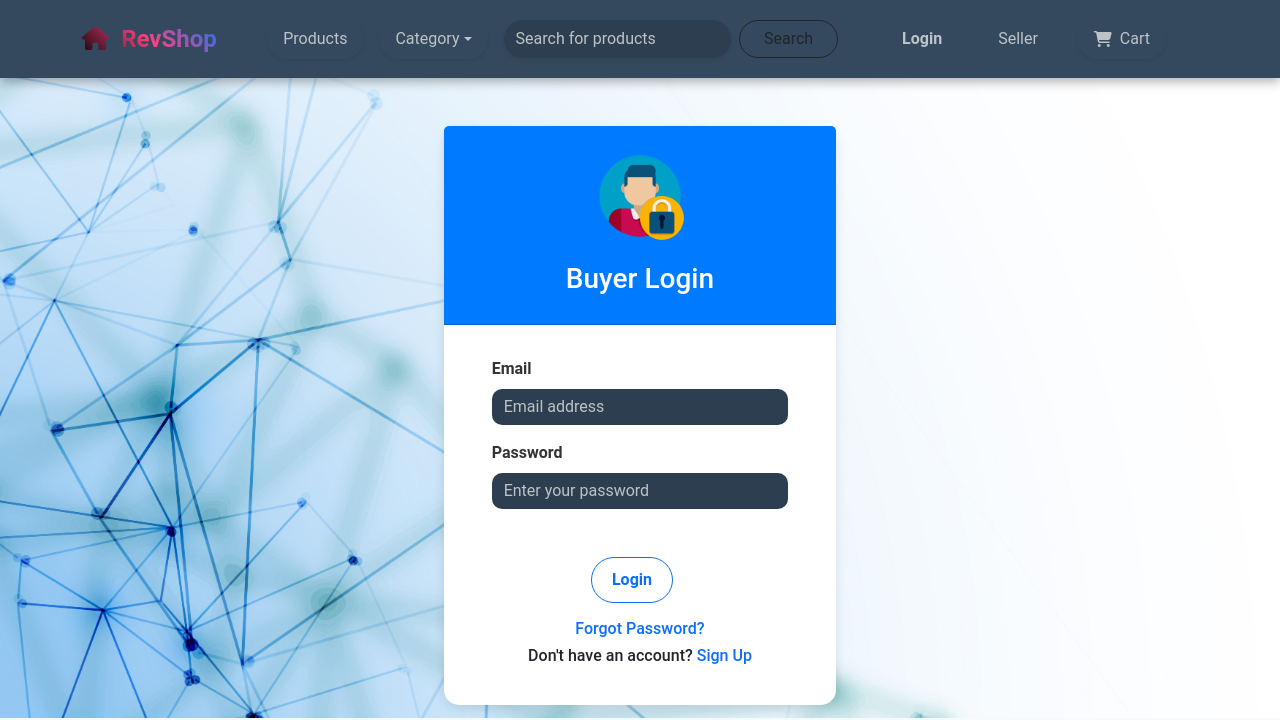
Repository: pratikp99/E-Commerce-Webapp-
Page: http://localhost/Revshop_WebApp/login.jsp
These files come from the project's save history. The page is drawn as it stood at one moment and after the next save; the edit follows.
The browser window is 1280 px wide. The pictures show the whole page.
The page is served by Tomcat 10. Other server files are loaded and not shown. Queries for data that is not in the repository find no rows.

Above is the page before, as saved 2024-09-01 06:09:12.

### Revshop WebApp/src/main/webapp/login.jsp
<%@ page language="java" contentType="text/html; charset=ISO-8859-1" pageEncoding="ISO-8859-1"%>
<!DOCTYPE html>
<html lang="en">
<head>
    <meta charset="ISO-8859-1">
    <meta name="viewport" content="width=device-width, initial-scale=1, shrink-to-fit=no">
    <title>Buyer Login</title>
    <%@include file="Components/common_css_js.jsp"%>
    <link rel="stylesheet" href="CSS/styles2.css">
</head>
<body>
    <!--navbar -->
    <%@include file="Components/navbar.jsp"%>

    <div class="container-fluid">
        <div class="row mt-5">
            <div class="col-md-4 offset-md-4">
                <div class="card">
                    <div class="card-header px-5 text-center">
                        <img src="Images/login.png" style="max-width: 100px;" class="img-fluid">
                        <h3 class="text-center mt-3">Buyer Login</h3>
                        <%@include file="Components/alert_message.jsp"%>
                    </div>
                    <div class="card-body px-5">
                        <!--login-form-->
                        <form id="login-form" action="login" method="post">
                            <input type="hidden" name="login" value="user">

                            <div class="mb-3">
                                <label class="form-label">Email</label>
                                <input type="email" name="user_email" placeholder="Email address" class="form-control" required>
                            </div>
                            <div class="mb-2">
                                <label class="form-label">Password</label>
                                <input type="password" name="user_password" placeholder="Enter your password" class="form-control" required>
                            </div>

                            <div id="login-btn" class="container text-center mt-5">
                                <button type="submit" class="btn btn-outline-primary me-3">Login</button>
                            </div>
                        </form>

                        <div class="mt-3 text-center">
                            <h6><a href="forgot_password.jsp" style="text-decoration: none">Forgot Password?</a></h6>
                            <h6>
                                Don't have an account?<a href="register.jsp" style="text-decoration: none"> Sign Up</a>
                            </h6>
                        </div>
                    </div>
                </div>
            </div>
        </div>
    </div>
</body>
</html>

### Revshop WebApp/src/main/webapp/Components/common_css_js.jsp
<!--CSS-->
<link href="https://cdn.jsdelivr.net/npm/bootstrap@5.3.0/dist/css/bootstrap.min.css" rel="stylesheet" integrity="sha384-9ndCyUaIbzAi2FUVXJi0CjmCapSmO7SnpJef0486qhLnuZ2cdeRhO02iuK6FUUVM" crossorigin="anonymous">
<!--font awesome-->
<!--<link rel="stylesheet" href="https://cdnjs.cloudflare.com/ajax/libs/font-awesome/4.7.0/css/font-awesome.min.css">
-->
<link rel="stylesheet" href="https://cdnjs.cloudflare.com/ajax/libs/font-awesome/6.4.0/css/all.min.css">
<link rel="stylesheet" href="CSS/style.css"/>


<!--JavaScript-->
<script src="https://cdn.jsdelivr.net/npm/bootstrap@5.3.0/dist/js/bootstrap.bundle.min.js" integrity="sha384-geWF76RCwLtnZ8qwWowPQNguL3RmwHVBC9FhGdlKrxdiJJigb/j/68SIy3Te4Bkz" crossorigin="anonymous"></script>
<script src="JS/script.js"></script>

<!--jQuery-->
<script src="https://code.jquery.com/jquery-3.7.0.min.js" integrity="sha256-2Pmvv0kuTBOenSvLm6bvfBSSHrUJ+3A7x6P5Ebd07/g=" crossorigin="anonymous"></script>
<!--sweet alert-->
<script src="https://unpkg.com/sweetalert/dist/sweetalert.min.js"></script>
<script src="https://cdn.jsdelivr.net/npm/sweetalert2@11"></script>

### Revshop WebApp/src/main/webapp/Components/navbar.jsp
<%@page import="com.revature.ecom.DAO.categoryDAO"%>
<%@page import="com.revature.ecom.Models.adminModel"%>
<%@page import="com.revature.ecom.Models.cartModel"%>
<%@page import="com.revature.ecom.DAO.cartDAO"%>
<%@page import="com.revature.ecom.Models.userModel"%>
<%@page import="java.util.List"%>
<%@page import="com.revature.ecom.Models.categoryModel"%>
<%@page import="com.revature.ecom.Utils.DatabaseUtil"%>
<%@page import="com.revature.ecom.DAO.categoryDAO"%>
<%
userModel user = (userModel) session.getAttribute("activeUser");
adminModel admin = (adminModel) session.getAttribute("activeAdmin");

categoryDAO catDao = new categoryDAO(DatabaseUtil.getConnection());
List<categoryModel> categoryList = catDao.getAllCategories();
%>

<style>
/* General navbar styling */
.navbar {
    background-color: #34495e;
    padding: 1rem;
    box-shadow: 0px 4px 10px rgba(0, 0, 0, 0.3);
    max-height:15vh;
}

.navbar-brand {
    font-size: 1.6rem;
    font-weight: bold;
    color: #ecf0f1 !important;
}

.nav-link {
    color: #bdc3c7 !important;
    margin-right: 1rem;
    transition: color 0.3s, background-color 0.3s;
}

.nav-link:hover {
    color: #ecf0f1 !important;
    background-color: rgba(255, 255, 255, 0.1);
}

.navbar-toggler {
    border-color: #ecf0f1;
}

.navbar-toggler-icon {
    background-image: url("data:[embedded picture, 217 characters]");
}

.dropdown-menu {
    background-color: #2c3e50 !important;
    border: none;
}

.dropdown-item {
    color: #bdc3c7 !important;
    transition: background-color 0.3s, color 0.3s;
}

.dropdown-item:hover {
    background-color: #34495e !important;
    color: #ecf0f1 !important;
}

.badge {
    font-size: 0.75rem;
    background-color: #e74c3c;
}

/* Button styling */
.btn-outline-light {
    color: #bdc3c7;
    border-color: #bdc3c7;
    transition: color 0.3s, border-color 0.3s;
}

.btn-outline-light:hover {
    color: #ecf0f1;
    border-color: #ecf0f1;
}

/* Flexbox alignment */
.navbar-nav {
    display: flex;
    align-items: center;
}

.navbar-nav .nav-item {
    margin-right: 0rem;
}

.form-control {
    background-color: #2c3e50 !important;
    border: none;
    color: #ecf0f1;
    margin-right: 0.5rem;
}

.form-control::placeholder {
    color: #bdc3c7;
}

.form-control:focus {
    box-shadow: none;
    border-color: #ecf0f1;
}

@media (max-width: 992px) {
    .navbar-collapse {
        flex-direction: column;
    }

    .navbar-nav {
        flex-direction: column;
        width: 100%;
    }

    .navbar-nav .nav-item {
        margin-right: 0;
        margin-bottom: 1rem;
    }

    .form-control {
        margin-bottom: 1rem;
        width: 100%;
    }
}

/* Specific logo styles */
.navbar-nav .register-link {
    background-image: url('path/to/register-icon.png');
    background-repeat: no-repeat;
    background-position: left center;
    padding-left: 30px; /* Adjust based on the size of the icon */
}

.navbar-nav .buyer-link {
    background-image: url('path/to/buyer-icon.png');
    background-repeat: no-repeat;
    background-position: left center;
    padding-left: 30px; /* Adjust based on the size of the icon */
}

.navbar-nav .seller-link {
    background-image: url('path/to/seller-icon.png');
    background-repeat: no-repeat;
    background-position: left center;
    padding-left: 30px; /* Adjust based on the size of the icon */
}
</style>

<nav class="navbar navbar-expand-lg navbar-dark">
    <div class="container">
        <a class="navbar-brand" href="index.jsp" style="font-weight: bold; font-size: 1.5rem; margin-right:7vh; background: linear-gradient(45deg, #000000, #ff4081, #007bff); -webkit-background-clip: text; -webkit-text-fill-color: transparent;">
    <i class="fa-sharp fa-solid fa-house"></i>&ensp;RevShop
</a>

        <button class="navbar-toggler" type="button" data-bs-toggle="collapse" data-bs-target="#navbarSupportedContent"
            aria-controls="navbarSupportedContent" aria-expanded="false" aria-label="Toggle navigation">
            <span class="navbar-toggler-icon"></span>
        </button>
        <div class="collapse navbar-collapse" id="navbarSupportedContent">
            <% if (admin != null) { %>
            <!-- Admin nav bar -->
            <ul class="navbar-nav me-auto mb-2 mb-lg-0">
    <li class="nav-item">
        <button type="button" class="btn btn-dark nav-link d-flex align-items-center rounded-pill px-3 py-2 shadow-sm" data-bs-toggle="modal" data-bs-target="#add-category">
            <i class="fa-solid fa-plus fa-xs me-2"></i>Add Category
        </button>
    </li>
    <li class="nav-item">
        <button type="button" class="btn btn-secondary nav-link d-flex align-items-center rounded-pill px-3 py-2 shadow-sm" data-bs-toggle="modal" data-bs-target="#add-product">
            <i class="fa-solid fa-plus fa-xs me-2"></i>Add Product
        </button>
    </li>
</ul>
<ul class="navbar-nav ms-auto">
    <li class="nav-item">
        <a class="nav-link text-info fw-light d-flex align-items-center" href="admin.jsp">
            <i class="fa-solid fa-user-circle fa-lg me-2"></i><%=admin.getName()%>
        </a>
    </li>
    <li class="nav-item">
        <a class="nav-link text-danger fw-light d-flex align-items-center" href="logout?user=admin">
            <i class="fa-solid fa-sign-out-alt fa-lg me-2"></i>Logout
        </a>
    </li>
</ul>


            <% } else { %>
            <!-- General nav bar -->
            <!-- Navigation items for products and category -->
<ul class="navbar-nav me-auto mb-2 mb-lg-0">
    <li class="nav-item">
        <a class="nav-link text-dark rounded-pill px-3 py-2 shadow-sm d-flex align-items-center" href="products.jsp" role="button" aria-expanded="false">
            Products
        </a>
    </li>
    <li class="nav-item dropdown">
        <a class="nav-link dropdown-toggle text-dark rounded-pill px-3 py-2 shadow-sm d-flex align-items-center" href="#" role="button" data-bs-toggle="dropdown" aria-expanded="false">
            Category
        </a>
        <ul class="dropdown-menu">
            <li><a class="dropdown-item" href="products.jsp?category=0">All Products</a></li>
            <% for (categoryModel c : categoryList) { %>
            <li><a class="dropdown-item" href="products.jsp?category=<%=c.getCategoryId()%>"><%=c.getCategoryName()%></a></li>
            <% } %>
        </ul>
    </li>
</ul>

<!-- Search form -->
<form class="d-flex pe-5" role="search" action="products.jsp" method="get">
    <input name="search" class="form-control me-2 rounded-pill border-0 shadow-sm" size="50" type="search" placeholder="Search for products" aria-label="Search">
    <button class="btn btn-outline-dark rounded-pill px-4" type="submit">Search</button>
</form>

<!-- User actions for logged-in users -->
<% if (user != null) {
    cartDAO cartDao = new cartDAO(DatabaseUtil.getConnection());
    int cartCount = cartDao.getCartCountByUserId(user.getUserId());
%>
<ul class="navbar-nav ms-auto">
    <li class="nav-item pe-3">
        <a class="nav-link position-relative d-flex align-items-center rounded-pill px-3 py-2 shadow-sm" href="cart.jsp">
            <i class="fa-solid fa-cart-shopping me-2"></i> Cart
            <span class="position-absolute top-0 start-100 translate-middle badge rounded-pill bg-danger"><%=cartCount%></span>
        </a>
    </li>
    <li class="nav-item pe-3">
        <a class="nav-link text-dark rounded-pill px-3 py-2 shadow-sm d-flex align-items-center" href="profile.jsp">
            <i class="fa-solid fa-user me-2"></i><%=user.getUserName()%>
        </a>
    </li>
    <li class="nav-item pe-3">
        <a class="nav-link text-danger rounded-pill px-3 py-2 shadow-sm d-flex align-items-center" href="logout?user=user">
            <i class="fa-solid fa-sign-out-alt me-2"></i> Logout
        </a>
    </li>
</ul>
<% } else { %>
<!-- User actions for guests -->
<ul class="navbar-nav ms-auto">
    <li class="nav-item pe-2">
        <a class="nav-link btn btn-outline-primary rounded-pill px-3 py-2" href="login.jsp">Login</a>
    </li>
    <li class="nav-item pe-2">
        <a class="nav-link btn btn-outline-success rounded-pill px-3 py-2" href="adminlogin.jsp">Seller</a>
    </li>
    <li class="nav-item pe-3">
        <a class="nav-link position-relative d-flex align-items-center rounded-pill px-3 py-2 shadow-sm" href="cart.jsp">
            <i class="fa-solid fa-cart-shopping me-2"></i> Cart
            <span class="position-absolute top-0 start-100 translate-middle badge rounded-pill bg-danger"></span>
        </a>
    </li>
</ul>
<% } %>


            <% } %>
        </div>
    </div>
</nav>

### Revshop WebApp/src/main/webapp/Components/alert_message.jsp
<%@page import="com.revature.ecom.Models.messageModel"%>
<%
messageModel messg = (messageModel) session.getAttribute("message");
if (messg != null) {
%>
<div class="alert <%=messg.getCssClass()%>" role="alert" id="alert">
	<%=messg.getMessage()%>
</div>
<%
session.removeAttribute("message");
}
%>
<script type="text/javascript">
	setTimeout(function() {
		$('#alert').alert('close');
	}, 3000);
</script>

### Revshop WebApp/src/main/java/com/revature/ecom/DAO/categoryDAO.java
package com.revature.ecom.DAO;
import com.revature.ecom.Models.categoryModel;

import java.sql.Connection;
import java.sql.PreparedStatement;
import java.sql.ResultSet;
import java.sql.SQLException;
import java.sql.Statement;
import java.util.ArrayList;
import java.util.List;

public class categoryDAO {
	private Connection con;

	public categoryDAO(Connection con) {
		super();
		this.con = con;
	}

	public boolean saveCategory(categoryModel category) {
		boolean flag = false;

		try {
			String query = "insert into category(name, image) values(?, ?)";
			PreparedStatement psmt = this.con.prepareStatement(query);
			psmt.setString(1, category.getCategoryName());
			psmt.setString(2, category.getCategoryImage());

			psmt.executeUpdate();
			flag = true;

		} catch (SQLException e) {
			e.printStackTrace();
		}
		return flag;
	}

	public List<categoryModel> getAllCategories() {

		List<categoryModel> list = new ArrayList<>();
		try {

			String query = "select * from category";
			Statement statement = this.con.createStatement();

			ResultSet rs = statement.executeQuery(query);
			while (rs.next()) {
				categoryModel category = new categoryModel();
				category.setCategoryId(rs.getInt("cid"));
				category.setCategoryName(rs.getString("name"));
				category.setCategoryImage(rs.getString("image"));

				list.add(category);
			}
		} catch (Exception e) {
			e.printStackTrace();
		}

		return list;
	}
	public categoryModel getCategoryById(int cid) {
		categoryModel category = new categoryModel();
		try {
			String query = "select * from category where cid = ?";
			PreparedStatement psmt = this.con.prepareStatement(query);
			psmt.setInt(1, cid);
			ResultSet rs = psmt.executeQuery();
			while (rs.next()) {
				category.setCategoryId(rs.getInt("cid"));
				category.setCategoryName(rs.getString("name"));
				category.setCategoryImage(rs.getString("image"));
			}
		} catch (Exception e) {
			e.printStackTrace();
		}
		return category;
	}
	public String getCategoryName(int catId) {
		String category = "";
		try {
			String query = "select * from category where cid = ?";
			PreparedStatement psmt = this.con.prepareStatement(query);
			psmt.setInt(1, catId);
			ResultSet rs = psmt.executeQuery();
			while (rs.next()) {
				category = rs.getString("name");
			}

		} catch (Exception e) {
			e.printStackTrace();
		}
		return category;
	}

	public void updateCategory(categoryModel cat) {
		try {
			String query = "update category set name=?, image=? where cid=?";
			PreparedStatement psmt = this.con.prepareStatement(query);
			psmt.setString(1, cat.getCategoryName());
			psmt.setString(2, cat.getCategoryImage());
			psmt.setInt(3, cat.getCategoryId());

			psmt.executeUpdate();
		} catch (Exception e) {
			e.printStackTrace();
		}
	}

	public void deleteCategory(int cid) {
		try {
			String query = "delete from category where cid = ?";
			PreparedStatement psmt = this.con.prepareStatement(query);
			psmt.setInt(1, cid);

			psmt.executeUpdate();

		} catch (Exception e) {
			e.printStackTrace();
		}
	}
	public int categoryCount() {
		int count = 0;
		try {
			String query = "select count(*) from category";
			Statement stmt = con.createStatement();
			ResultSet rs = stmt.executeQuery(query);
			rs.next();
			count = rs.getInt(1);
		} catch (Exception e) {
			e.printStackTrace();
		}
		return count;
	}
}

### Revshop WebApp/src/main/java/com/revature/ecom/Utils/DatabaseUtil.java
package com.revature.ecom.Utils;

import java.io.IOException;
import java.io.InputStream;
import java.sql.Connection;
import java.sql.DriverManager;
import java.sql.SQLException;
import java.util.Properties;

public class DatabaseUtil {
    private static Connection conn;

    public static Connection getConnection() throws ClassNotFoundException {
        if (conn == null) {
            try {
                Properties props = new Properties();
                InputStream inputStream = DatabaseUtil.class.getClassLoader().getResourceAsStream("utils.properties");
                props.load(inputStream);

                String url = props.getProperty("db.url");
                String username = props.getProperty("db.username");
                String password = props.getProperty("db.password");

                try {
                    Class.forName("com.mysql.cj.jdbc.Driver");
                } catch (ClassNotFoundException e) {
                    throw new RuntimeException("Error loading MySQL JDBC driver", e);
                }

                conn = DriverManager.getConnection(url, username, password);
            } catch (IOException | SQLException e) {
                throw new RuntimeException("Error establishing database connection", e);
            }
        }
        return conn;
    }
}

### Revshop WebApp/src/main/webapp/CSS/style.css
/* General Body and Typography */
body {
    font-family: 'Segoe UI', Arial,Tahoma, Geneva, Verdana, sans-serif;
    color: #343a40;
    margin: 0;
    padding: 0;

}

/* Container */
.container-fluid {
    max-width: 100%;
    padding-left: 15px;
    padding-right: 15px;
    margin: 0 auto;
}

/* Row */
.row {
    margin-left: 0;
    margin-right: 0;
}

/* Columns */
.col {
    padding-left: 0;
    padding-right: 0;
}

/* Product Card */
.product-card {
    border: none;
    border-radius: 10px;
    background-color: #fff;
    transition: transform 0.3s, box-shadow 0.3s;
}

.product-card:hover {
    transform: translateY(-5px);
    box-shadow: 0 8px 20px rgba(0, 0, 0, 0.15);
}

/* Product Image */
.product-image {
    border-radius: 10px 10px 0 0;
    object-fit: cover;
    width: 100%;
    height: 250px;
}

/* Wishlist Icon */
.wishlist-icon {
    position: absolute;
    top: 15px;
    right: 15px;
    width: 40px;
    height: 40px;
    border-radius: 50%;
    background-color: rgba(255, 255, 255, 0.9);
    display: flex;
    align-items: center;
    justify-content: center;
    box-shadow: 0 2px 8px rgba(0, 0, 0, 0.1);
    cursor: pointer;
}

/* Product Text */
.card-title {
    font-size: 1.2rem;
    font-weight: bold;
    color: #333;
    margin-bottom: 10px;
}

.real-price {
    font-size: 1.5rem;
    font-weight: 700;
    color: #e73570;
}

.product-price {
    font-size: 1.1rem;
    text-decoration: line-through;
    color: #6c757d;
}

.product-discount {
    font-size: 1rem;
    color: #28a745;
    font-weight: 600;
}

.product-description {
    font-size: 0.9rem;
    color: #555;
}

/* Buttons */
.btn-primary {
    background-color: #ff4081;
    border-color: #ff4081;
    transition: background-color 0.3s ease;
}

.btn-primary:hover {
    background-color: #e73570;
    border-color: #e73570;
}

.btn-block {
    display: block;
    width: 100%;
}

/* Utility classes */
.m-0 {
    margin: 0 !important;
}

.p-0 {
    padding: 0 !important;
}

/* Additional Styles for Improved Layout */
.bg-light {
    background-color: #f8f9fa;
}

### Revshop WebApp/src/main/webapp/CSS/styles2.css
body {
    background: #f8f9fa;
    font-family: 'Roboto', sans-serif;
    background-image: url('Images/background.jpg'); /* Path to your background image */
    background-size: cover; /* Cover the entire page */
    background-repeat: no-repeat; /* Prevent image from repeating */
    background-position: center; /* Center the image */
}

.card {
    border: none;
    border-radius: 15px;
    box-shadow: 0px 4px 12px rgba(0, 0, 0, 0.1);
}

.card-header {
    background-color: #007bff;
    color: #fff;
    border-top-left-radius: 15px;
    border-top-right-radius: 15px;
    padding: 20px 0;
}

.card-header h3 {
    margin-top: 15px;
}

.card-body {
    padding: 2rem;
}

.form-label {
    font-weight: bold;
    color: #333;
}

.form-control {
    border-radius: 10px;
}

.btn-outline-primary {
    border-radius: 25px;
    padding: 10px 20px;
    font-weight: bold;
}

.btn-outline-primary:hover {
    background-color: #007bff;
    color: #fff;
}

Loaded but not shown: Revshop WebApp/src/main/webapp/JS/script.js (common file)

After the next save:
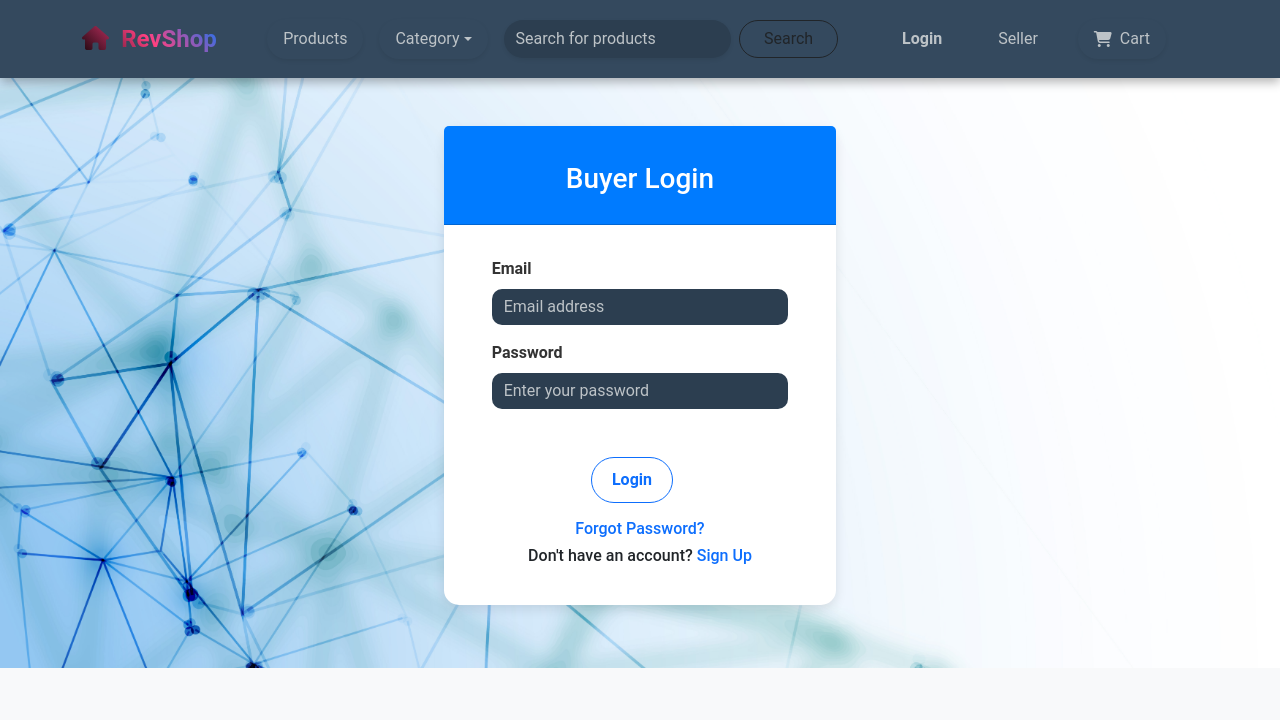
Saved 25 s later.
--- a/Revshop WebApp/src/main/webapp/login.jsp
+++ b/Revshop WebApp/src/main/webapp/login.jsp
@@ -17,7 +17,7 @@
             <div class="col-md-4 offset-md-4">
                 <div class="card">
                     <div class="card-header px-5 text-center">
-                        <img src="Images/login.png" style="max-width: 100px;" class="img-fluid">
+
                         <h3 class="text-center mt-3">Buyer Login</h3>
                         <%@include file="Components/alert_message.jsp"%>
                     </div>
